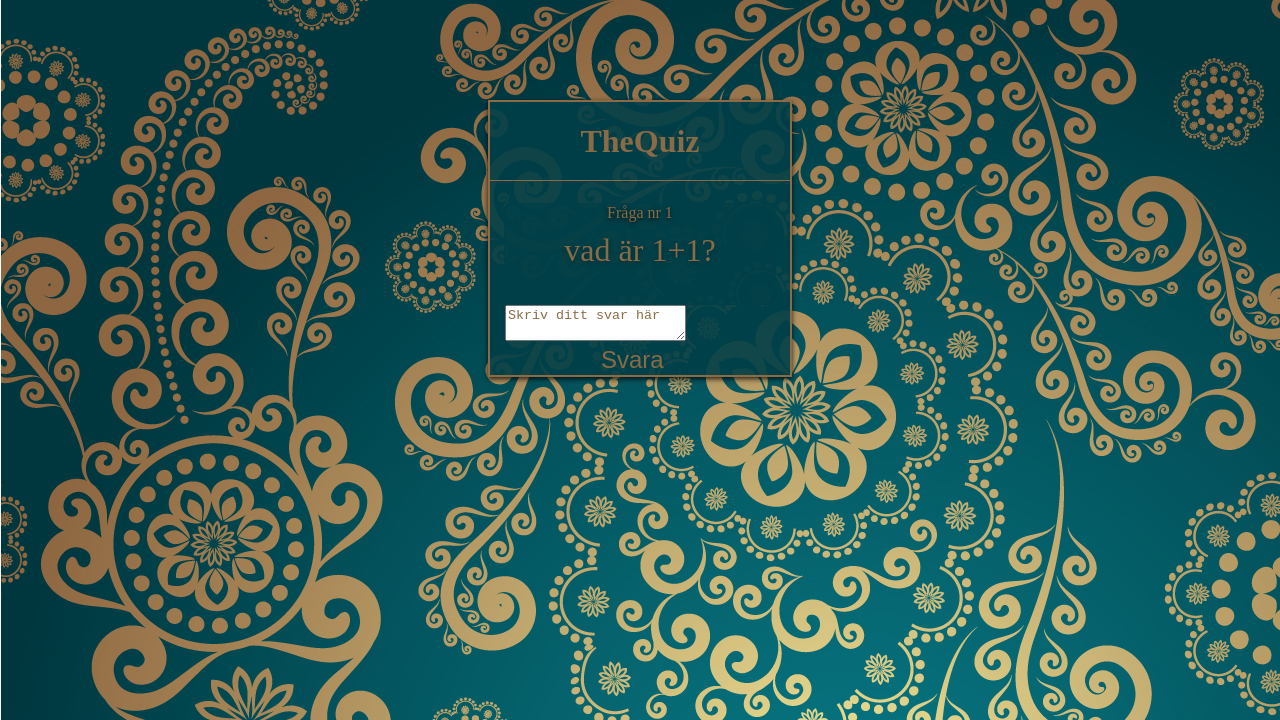
Repository: RebeccaFransson/1dv403-laborationer
Page: 4-thequiz/index.html
The author's editor kept a record of every edit. The page is drawn from the files as they stood at one moment, then again after the next edit.
The browser window is 1280 px wide. The pictures show the whole page.
The page's requests for data from a server got no answer.

Above is the page before.

### 4-thequiz/index.html
<!DOCTYPE html>
<html lang="sv">
<head>
	<meta charset="UTF-8" />
	<link rel="stylesheet" href="style.css" />
    <title>JavaScript - TheQuiz</title>
</head>
    <body>
        <div id="content">
        <header><h1>TheQuiz</h1></header>
        <div id="nr">
            Fråga nr 1
            <div id="quest">vad är 1+1?</div>

        </div>
        <form>
     		<textarea id="nr2" placeholder="Skriv ditt svar här" type="text" id="textvalue" ></textarea>
     		<input type="submit" value="Svara" id="send"/>
     		<p id="value"></p>
        </form>

        <div id="wrong" class="hidden" >
            <h2>Fel svar</h2> försök igen!
        </div>
        <div id="right" class="hidden" >
            <h2>Rätt svar</h2> nu svara på nästa fråga!
        </div>

 		</div>
 		<script src="script/theQuiz.js"></script>
    </body>
</html>

### 4-thequiz/style.css
body{
    background-image: url('BG.jpg');
    color:#8B6B45;
}
#content{
    width:300px;
    margin:auto;
    margin-top:100px;
    border: 2px solid #8B6B45;
    box-shadow: 0 2px 5px rgba(0, 0, 0, 0.8);
    background-color:rgba(0, 63, 72, 0.9);

}
h1{
    width: 300px;
    text-align:center;
    border:rgba(0, 63, 72, 0.5);
    border-bottom:1px solid #8B6B45;
    padding-bottom:20px;
}
#nr{
    width: 270px;
    height:100px;
    margin:auto;
    text-shadow: 0 2px 5px rgba(0, 0, 0, 0.8);
    text-align:center;
    font-size:1em;
    background-color:rgba(0, 63, 72, 0.7);
    border:1px solid rgb(0, 63, 72);
    -moz-border-radius: 10px;
    border-radius: 10px;
}
#quest{
    text-shadow: 0 2px 5px rgba(0, 0, 0, 0.3);
    text-align:center;
    font-size:2em;
    margin:10px;
}
form{
    width:270px;
    height:70px;
    margin:auto;
}
#answer{
    width:270px;
    position:relative;
    right:1px;
    border:rgba(0, 63, 72, 0.5);
    border-bottom:2px dotted #8B6B45;
    text-align:center;
    font-size:1em;
    background-color:rgba(0, 63, 72, 0.5);
    color: #8B6B45;
}
#send{
    width:70px;
    color: #8B6B45;
    margin-left:90px;
    border:none;
    font-size:1.5em;
    background-color:rgba(0, 63, 72, 0.1);

}
#send:hover{
    color:rgb(0, 63, 72);
}
::-webkit-input-placeholder {
   color: #8B6B45;
}

:-moz-placeholder { /* Firefox 18- */
   color: #8B6B45;
}

::-moz-placeholder {  /* Firefox 19+ */
   color: #8B6B45;
}

:-ms-input-placeholder {
   color: #8B6B45;
}

.answer{
    width:300px;
    font-size:1.5em;
    text-align:center;
    position:absolute;
    top:270px;
    -moz-border-radius: 10px;
    border-radius: 10px;
    box-shadow: 0 5px 5px rgba(0, 0, 0, 0.8);
}
h2{
    font-size:1.8em;
    text-shadow: 0 2px 5px rgba(0, 0, 0, 0.3);
    margin:0;
}
#wrong{
    background-color:red;
}
#right{
    background-color:green;
}
.hidden{
    display:none;
}

### 4-thequiz/script/theQuiz.js
window.onload = function()  {


        var xhr = new XMLHttpRequest();

        xhr.onreadystatechange = function(){ //denna kod skall köras när vi får ett svar
            console.log('svar');
            if(xhr.readyState === 4 && xhr.status === 200){//allt ok

                var quest = JSON.parse(xhr.responseText);
                console.log('OK'+quest.question); //svarstext

                document.getElementById('quest').innerHTML = quest.question;

                document.getElementById('send').addEventListener('click', function(e){//hämtar ut knapp, sätter klick

            });


            }else if(xhr.status === 404){
                    console.log('Hittades ej');
            }else{
                console.log('Fått tillbaka svar men annat fel' + xhr.readyState);
            }


        };

        xhr.open('GET', "http://vhost3.lnu.se:20080/question/1", true); //asynkromt anrop

        xhr.send(null);



}

var send = function(){


                var input = document.getElementById('textvalue').value;

                xhr.open('POST', quest.nextURL, true);//skicka data till nästa url
                xhr.setRequestHeader('Content-Type', 'application/json');//talar om att ypen är json
                var product = {
                    id: 1,
                    answer: input,
                }
                xhr.send(JSON.stringify(product));

                console.log(back.message);
}

After the next edit:
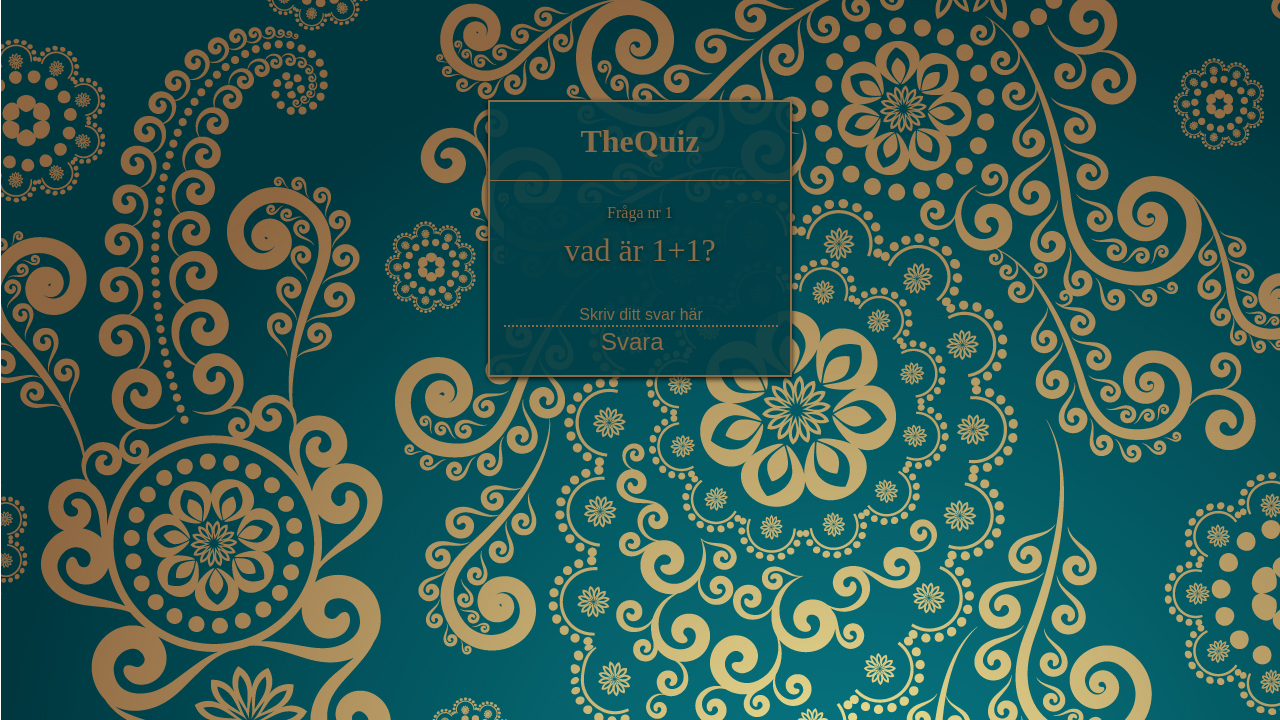
The edit:
--- a/4-thequiz/index.html
+++ b/4-thequiz/index.html
@@ -14,7 +14,7 @@
 
         </div>
         <form>
-     		<textarea id="nr2" placeholder="Skriv ditt svar här" type="text" id="textvalue" ></textarea>
+     		<input id="answer" placeholder="Skriv ditt svar här" type="text" id="textvalue" >
      		<input type="submit" value="Svara" id="send"/>
      		<p id="value"></p>
         </form>
